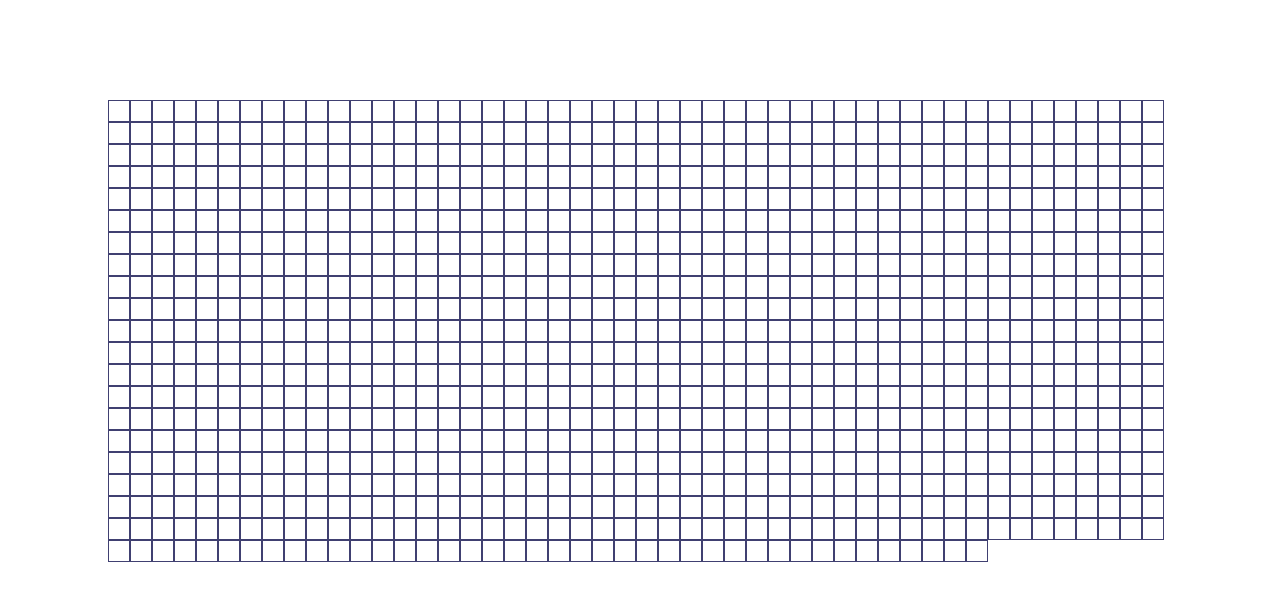
Repository: NikhilJohny/Pathfinding---ReactJS
Page: /
An editor plug-in stored every save of this project. The page is shown before and after the next save, followed by the edit.
The browser window is 1280 px wide. The pictures show the whole page.
The project was rebuilt for these pictures with package versions that can differ from the ones it lists, and the page was loaded fresh each time.

Above is the page before, as saved 2021-05-06 10:40:16.

### src/index.js
import React from 'react'
import ReactDOM from 'react-dom'
import App from './App'

ReactDOM.render(
  <App/>,
  document.getElementById('root')
)

### src/App.js
import React from "react"
import PathFindingView from './PathFindingView'


class App extends React.Component {
    render() {
        return (
        <PathFindingView />
        )
    }
}

export default App;

### src/PathFindingView.js
import React,{Component} from "react"
import Nodes from './Nodes'
import './Node.css';
import update from 'react-addons-update';

const grid = () =>{
    const rowArray = [];
    for(let i = 0; i < 20; i++){
        const colArray = [];
        for(let j = 0; j < 50; j++){
            colArray.push(createNode(i,j));
        }
        rowArray.push(colArray);
    }
    return rowArray;
}

const createNode = ((i,j) => {
    const NodeObj = {
      row : i,
      col : j,
      start : false,
      end : false,
      previous : null,
      top : null,
      bottom : null,
      left : null,
      right : null,
      wall : false
    }
    return NodeObj;
})

class PathFindingView extends Component{
    constructor(){
        super();
        this.state = {
            board : [],
            mousePressed : false,
            currentGrid : {
                row : 0,
                col : 0,
                start : false,
                end : false,
                previous : null,
                top : null,
                bottom : null,
                left : null,
                right : null,
                wall : false
              }
        }
    }
    componentDidMount(){
        const arr = grid()
        this.setState({board : arr})
    }


    mouseDownFunctions(rows, cols){
        const grid = this.state.board;
        grid[rows][cols].wall = !grid[rows][cols].wall
        this.updateIndex(rows,cols,grid[rows][cols])

        this.setState({
            mousePressed : true
        })
    }

    updateIndex(rows, cols, content){
        this.setState(update(this.state ,{
            board : {
                [rows]:{
                    [cols]:{
                        $set : content
                    }
                }
            }
        }))
    }

    mouseOverFunction(rows,cols){
        const grid = this.state.board;
        if(this.state.currentGrid !== grid[rows][cols]){
            if(!this.state.mousePressed){
                return;
            }
            else if(this.state.mousePressed){
                grid[rows][cols].wall = !grid[rows][cols].wall
                this.updateIndex(rows,cols,grid[rows][cols])
            }
            this.setState({
                currentGrid : grid[rows][cols]
            })
        }
    }
    mouseUpFunction(){

        this.setState(update(this.state ,{
            board : {
                [0]:{
                    [0]:{
                        $set : grid
                    }
                }
            }
        }))

        this.setState({
            mousePressed : false
        })
    }

    render(){
        const NodeComponent = []
        this.state.board.map((rows,rowKeys) =>{
            rows.map((cols,colKeys) => {
                NodeComponent.push(
                    <Nodes
                        id = {colKeys}
                        row = {cols.row}
                        col = {cols.col}
                        wall = {cols.wall}
                        onMouseDown = {(row,col) => this.mouseDownFunctions(row,col)}
                        onMouseOver = {(row,col) => this.mouseOverFunction(row,col)}
                        onMouseUp = {() => this.mouseUpFunction()}
                    />
                )
            })
        })
        return (
            <div className = "canvas">
                {NodeComponent}
            </div>
        )

    }
}

export default PathFindingView

### src/Nodes.js
import React , {Component} from "react"
import './Node.css';

class Nodes extends Component{

    render(){
        const nodeClass = this.props.wall ? 'Node node-wall' : 'Node'
        return(
            <div className = {nodeClass}
            onMouseDown = {() => this.props.onMouseDown(this.props.row,this.props.col)}
            onMouseOver = {() => this.props.onMouseOver(this.props.row,this.props.col)}
            onMouseUp = {() => this.props.onMouseUp()}
            >
            </div>
        )
    }
}

export default Nodes;

### src/Node.css
.canvas {
    margin: 100px;
}

.Node {
    margin-bottom: -4px;
    width: 20px;
    height: 20px;
    border: 0.5px solid rgba(0, 0, 66, 0.75);
    display: inline-block;
}

.node-wall {
    animation-name: visitedAnimation;
    animation-duration: 0.2s;
    animation-timing-function: ease-out;
    animation-delay: 0;
    animation-direction: alternate;
    animation-iteration-count: 1;
    animation-fill-mode: forwards;
    animation-play-state: running;
}

@keyframes visitedAnimation {
    0% {
        transform: scale(0.3);
        background-color: rgba(0, 0, 66, 0.75);
        border-radius: 100%;
    }
    50% {
        background-color: rgba(0, 0, 66, 0.75);
    }
    75% {
        transform: scale(1.2);
        background-color: rgba(0, 0, 66, 0.75);
    }
    100% {
        transform: scale(1);
        background-color: rgba(0, 0, 66, 0.75);
        border-color: transparent;
    }
}

Loaded but not shown: public/index.html (common file)

After the next save:
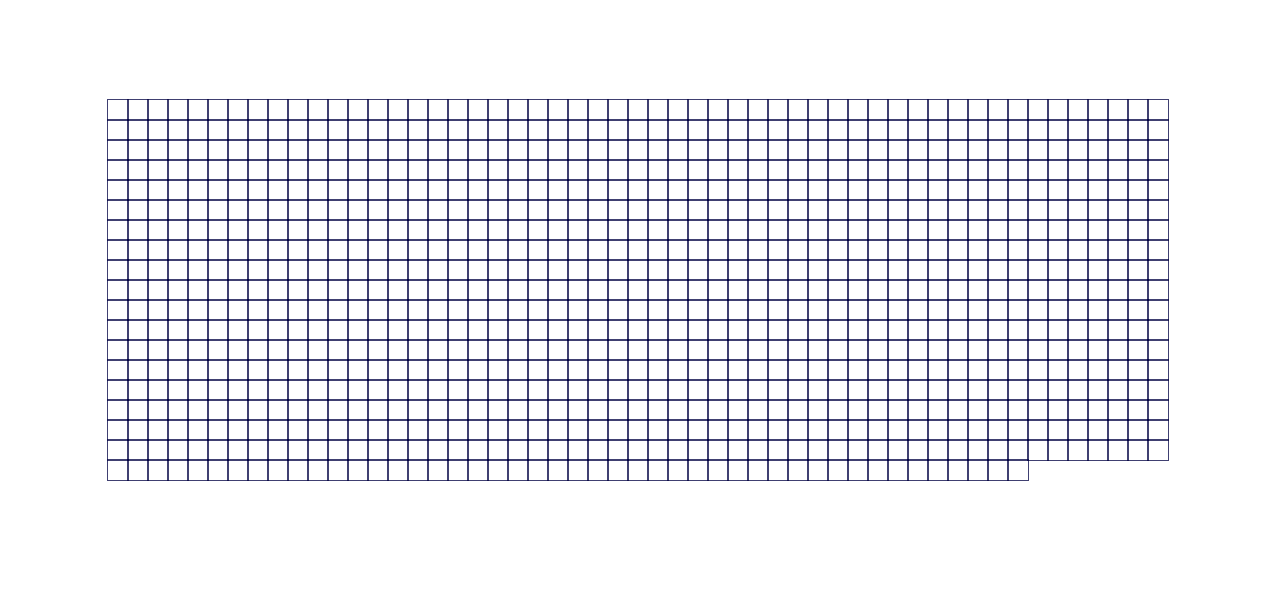
Saved 111 s later.
--- a/src/Node.css
+++ b/src/Node.css
@@ -6,7 +6,7 @@
     margin-bottom: -4px;
     width: 20px;
     height: 20px;
-    border: 0.5px solid rgba(0, 0, 66, 0.75);
+    outline: 0.5px solid rgba(0, 0, 66, 0.75);
     display: inline-block;
 }
 

After the save that followed:
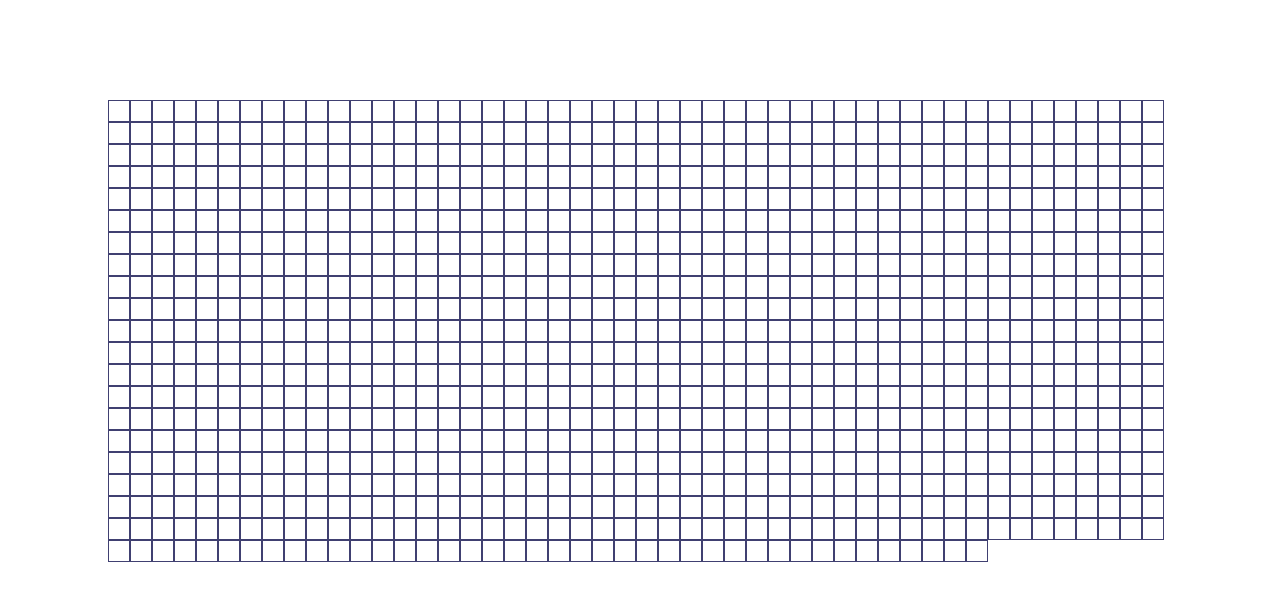
Saved 33 s later.
--- a/src/Node.css
+++ b/src/Node.css
@@ -6,7 +6,7 @@
     margin-bottom: -4px;
     width: 20px;
     height: 20px;
-    outline: 0.5px solid rgba(0, 0, 66, 0.75);
+    border: 0.5px solid rgba(0, 0, 66, 0.75);
     display: inline-block;
 }
 
